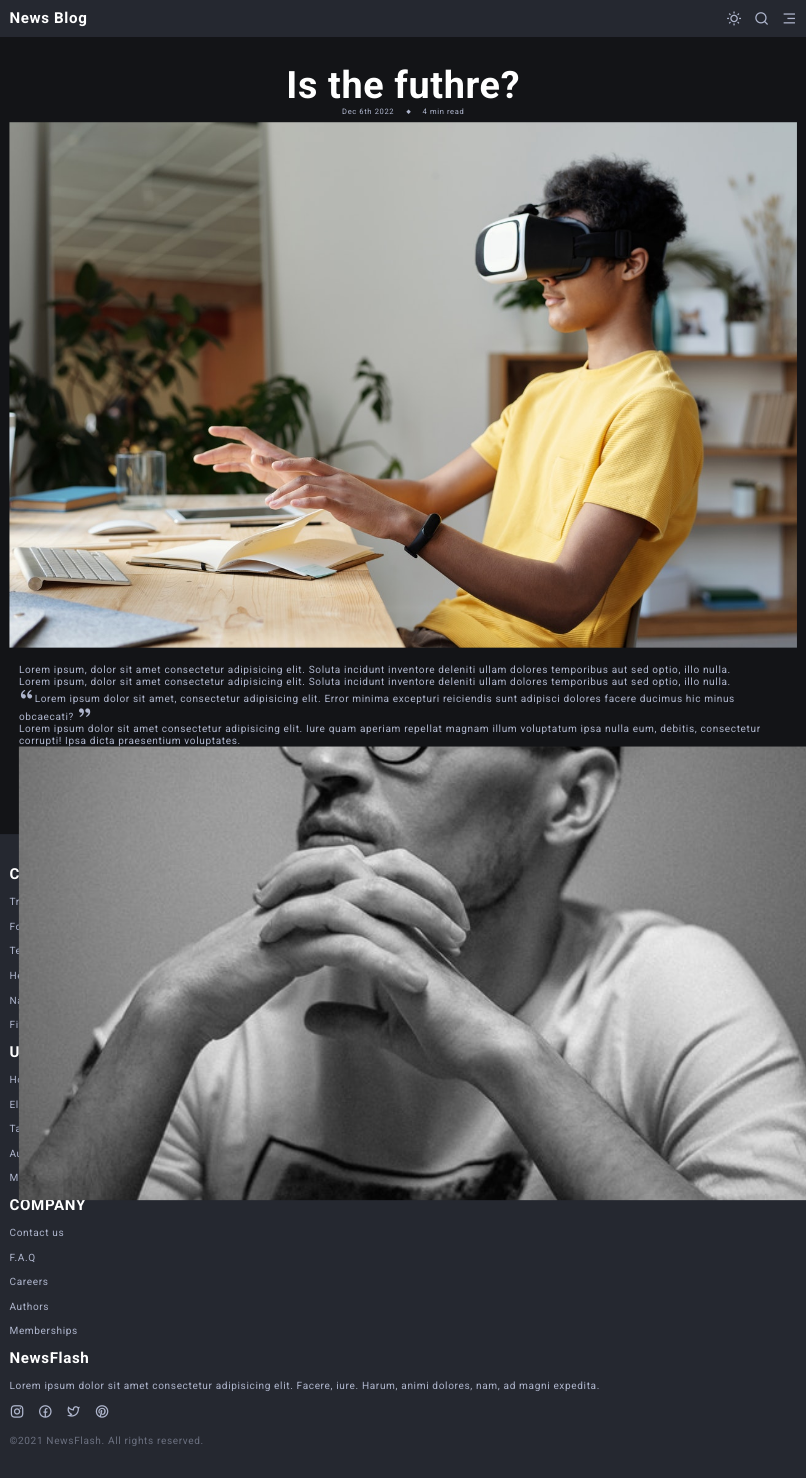
Repository: Junichi-Machii/news-blog-test
Page: post.html
An editor plug-in stored every save of this project. The page is shown before and after a run of saves, followed by the edit.
The browser window is 1280 px wide. The pictures show the whole page, at 63% of full size.
The style sheet was rebuilt from its Sass, Less or Tailwind sources for each picture, by a compiler version that may differ from the author's.

Above is the page before, as saved 2023-05-13 10:43:03.

After the next 16 saves:
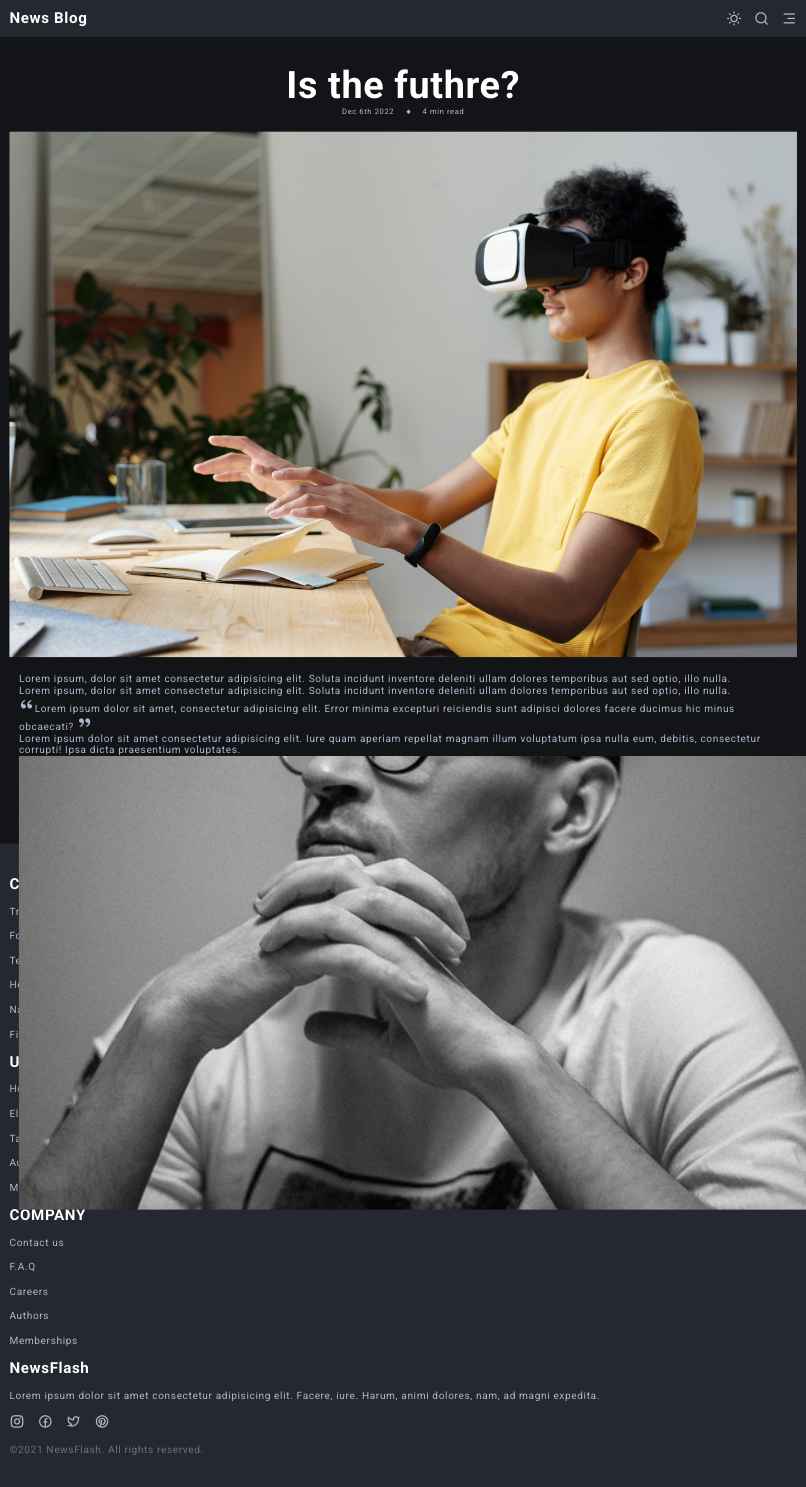
The 16 saves are shown as one change because they came seconds apart.
The last was saved 3 min 24 s later.
--- a/style.scss
+++ b/style.scss
@@ -660,6 +660,10 @@ body.light-theme {
     align-items: center;
     text-align: center;
     padding-block: 2.5rem;
+
+    & .article-data {
+      margin-bottom: 2.5rem;
+    }
   }
 
   &-title {
